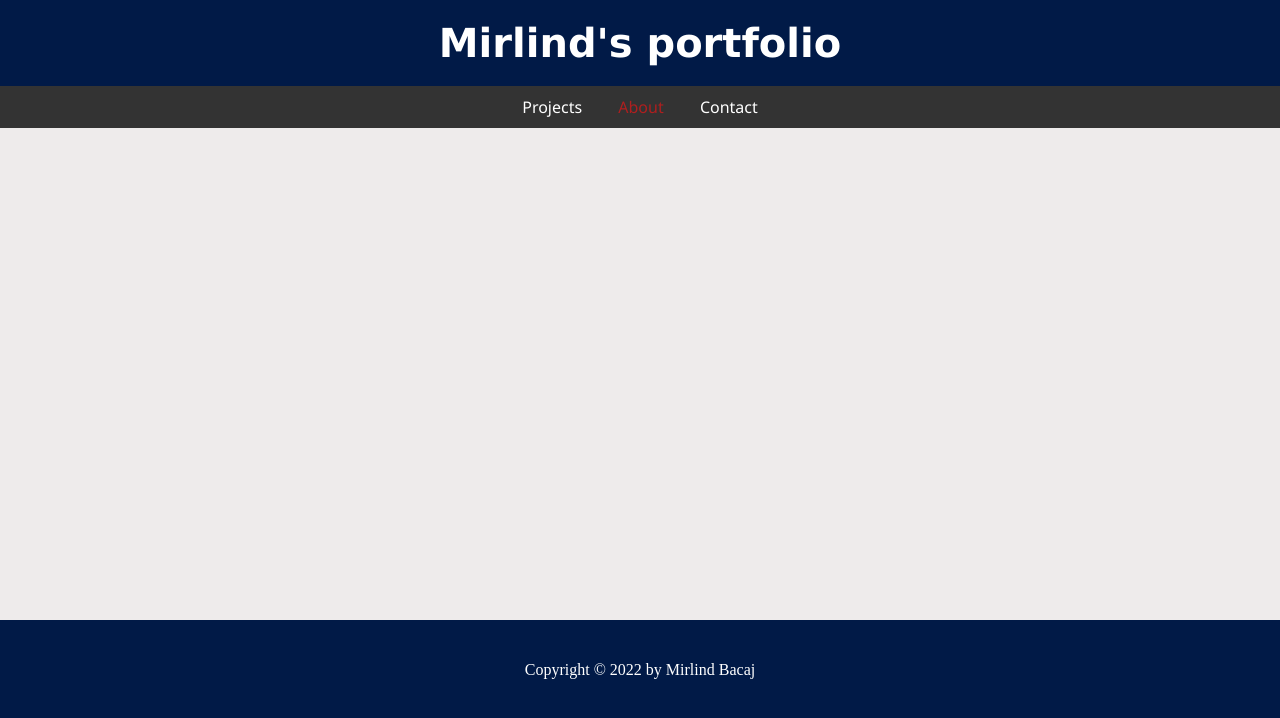
Repository: mirkbirki/mirkbirki.github.io
Page: html/about.html
An editor plug-in stored every save of this project. The page is shown before and after the next save, followed by the edit.
The browser window is 1280 px wide. The pictures show the whole page.

Above is the page before, as saved 2022-10-30 16:36:14.

### html/about.html
<!DOCTYPE html>
<html lang="en">
<head>
<meta charset="utf-8">
<meta name="viewport" content="width=device-width, initial-scale=1">
<title>About Mirlind</title>
<link rel="stylesheet" href="/css/styles.css">
</head>
<body>
<header>
    <h1><a href="index.html">Mirlind's portfolio</a></h1>
</header>
<nav>
    <ul>
        <li><a href="projects.html">Projects</a></li>
        <li><a class="active" href="about.html">About</a></li>
        <li><a href="contact.html">Contact</a></li>
    </ul>
</nav>

<footer>
    <div class="footer">
        <br><br><br>
        <p>Copyright © 2022 by Mirlind Bacaj</p>
    </div>
</footer>
</body>
</html>

### css/styles.css
body {
    background-color: rgba(226, 220, 220, 0.562);
    margin: 0;
}

header {
    text-align: center;
    padding: 0px;
    background-color: rgb(1, 26, 71);
    width: 100%;
}

h1 {
    margin-top: 0px;
    margin-bottom: 0px;
    padding-top: 20px;
    padding-bottom: 20px;
    font-size: 40px;
    font-family:'Lucida Sans', 'Lucida Sans Regular', 'Lucida Grande', 'Lucida Sans Unicode', Geneva, Verdana, sans-serif;
    color: white;
}

h1 a {
    text-decoration: none;
    color: white;
}

nav {
    border: none;
    list-style: none;
    margin: 0;
    padding: 0;
    text-align: center;
    font-family: 'Segoe UI', Tahoma, Geneva, Verdana, sans-serif;
}

ul {
    list-style-type: none;
    margin: 0;
    padding: 0;
    overflow: hidden;
    background-color: #333;
  }

li {
    display: inline;
}

li a {
    display: inline-block;
    color: white;
    padding: 10px 16px;
    text-decoration: none;
}

li a:hover {
    background-color: rgb(175, 31, 31);
}

.active {
    color:rgb(175, 31, 31);
}

.active:hover {
    background-color: #333;
}

.container {
    /*
    border-top: 2px solid black;
    border-bottom: 2px solid black;
    display: flex;
    margin-top: 66px;
    padding-bottom: 25px;
    */
    display: grid;
    grid-template-columns: 33% 33% 33%;
    grid-template-rows: auto;
    grid-row-gap: 0px;
    margin-top: auto;
    margin-top: 100px;
}

.proj {
    margin: auto;
    width: 400px;
    word-wrap:break-word;
}

.p {
    width: 100%;
    text-align: center;
}

.project {
    font-family: Georgia, 'Times New Roman', Times, serif;
    font-size: 25px;
    text-align: center;
}

img {
    height: 300px;
    width: 400px;
    border-radius: 15px;
}

.footer {
    display: flex;
    justify-content: center;
    align-items: center;
    height: 100px;
    background-color: rgb(1, 26, 71);
    color: white;
    bottom: 0;
    position: absolute;
    width: 100%
}

footer a {
    color: white;
    text-decoration: 0;
}

footer a:hover {
    color: rgb(206, 118, 19);
}

footer a:visited {
    color: white;
}

After the next save:
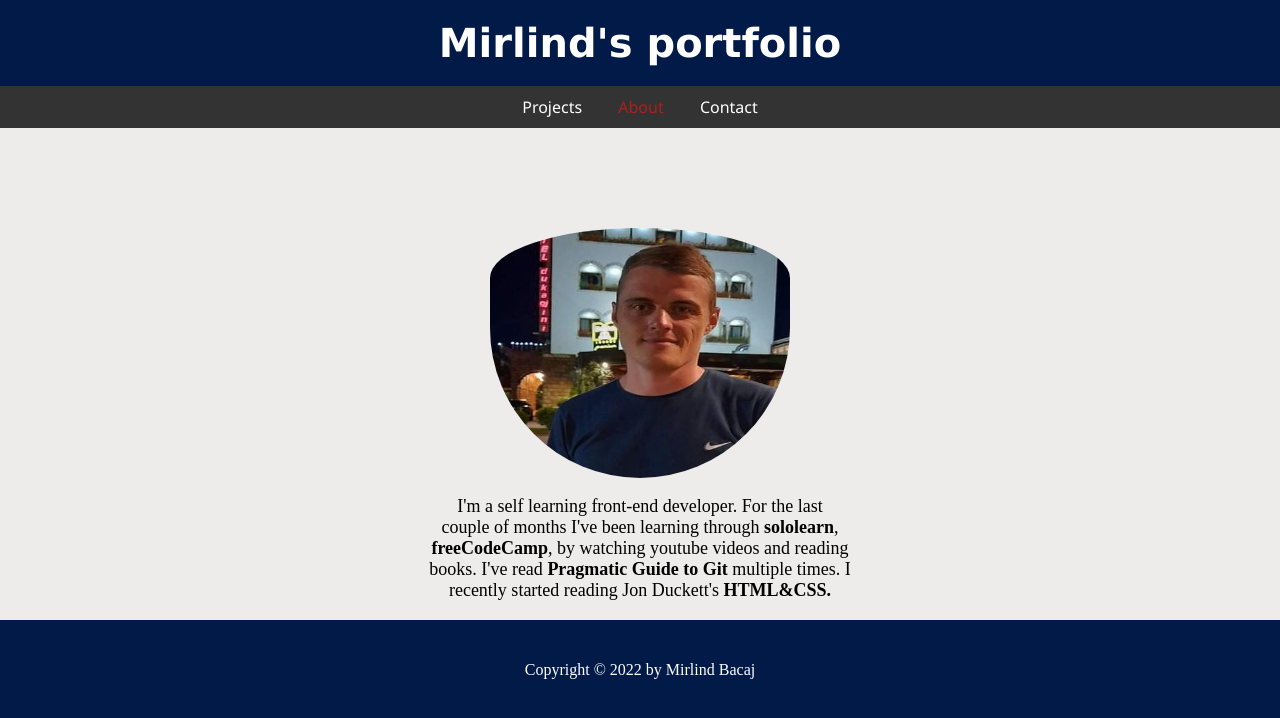
Saved 44 min 12 s later.
--- a/html/about.html
+++ b/html/about.html
@@ -18,6 +18,18 @@
     </ul>
 </nav>
 
+<main>
+    <img src="/pics/jag.jpg" alt="Photo of Mirlind">
+    <p class="p">I'm a self learning front-end developer. For the last<br>
+    couple of months I've been learning through <a href="https://www.sololearn.com/home" target="_blank">sololearn</a>,<br>
+    <a href="https://www.freecodecamp.org/learn" target="_blank">freeCodeCamp</a>, by watching youtube videos and reading<br>
+    books. I've read <a href="https://www.amazon.com/Pragmatic-Guide-Git-Programmers/dp/1934356727" target="_blank">Pragmatic
+    Guide to Git</a> multiple times. I<br>recently started reading Jon Duckett's
+    <a href="https://www.amazon.com/Pragmatic-Guide-Git-Programmers/dp/1934356727" target="_blank">HTML&CSS.</a>
+    <br><br>My goal is to keep learning while still working my full-time<br>job as an associate nurse. My goal is to be able
+    to get a job<br>as a front-end developer by 2024.</p>
+</main>
+
 <footer>
     <div class="footer">
         <br><br><br>
--- a/css/styles.css
+++ b/css/styles.css
@@ -78,7 +78,7 @@ li a:hover {
     grid-template-rows: auto;
     grid-row-gap: 0px;
     margin-top: auto;
-    margin-top: 100px;
+    margin-top: 85px;
 }
 
 .proj {
@@ -90,6 +90,7 @@ li a:hover {
 .p {
     width: 100%;
     text-align: center;
+    font-size: 18px;
 }
 
 .project {
@@ -98,7 +99,7 @@ li a:hover {
     text-align: center;
 }
 
-img {
+.container img {
     height: 300px;
     width: 400px;
     border-radius: 15px;
@@ -128,3 +129,29 @@ footer a:hover {
 footer a:visited {
     color: white;
 }
+
+main {
+    width: 100%;
+    height: 100%;
+}
+
+main img {
+    border-radius: 150px;
+    padding-top: 100px;
+    width: 300px;
+    height: 250px;
+    display: block;
+    margin: 0px auto;
+}
+
+main a {
+    text-decoration: none;
+    color: black;
+    font-weight: bold;
+}
+
+main a:hover {
+    text-decoration: none;
+    color: rgb(175, 31, 31);
+    font-weight: bold;
+}
